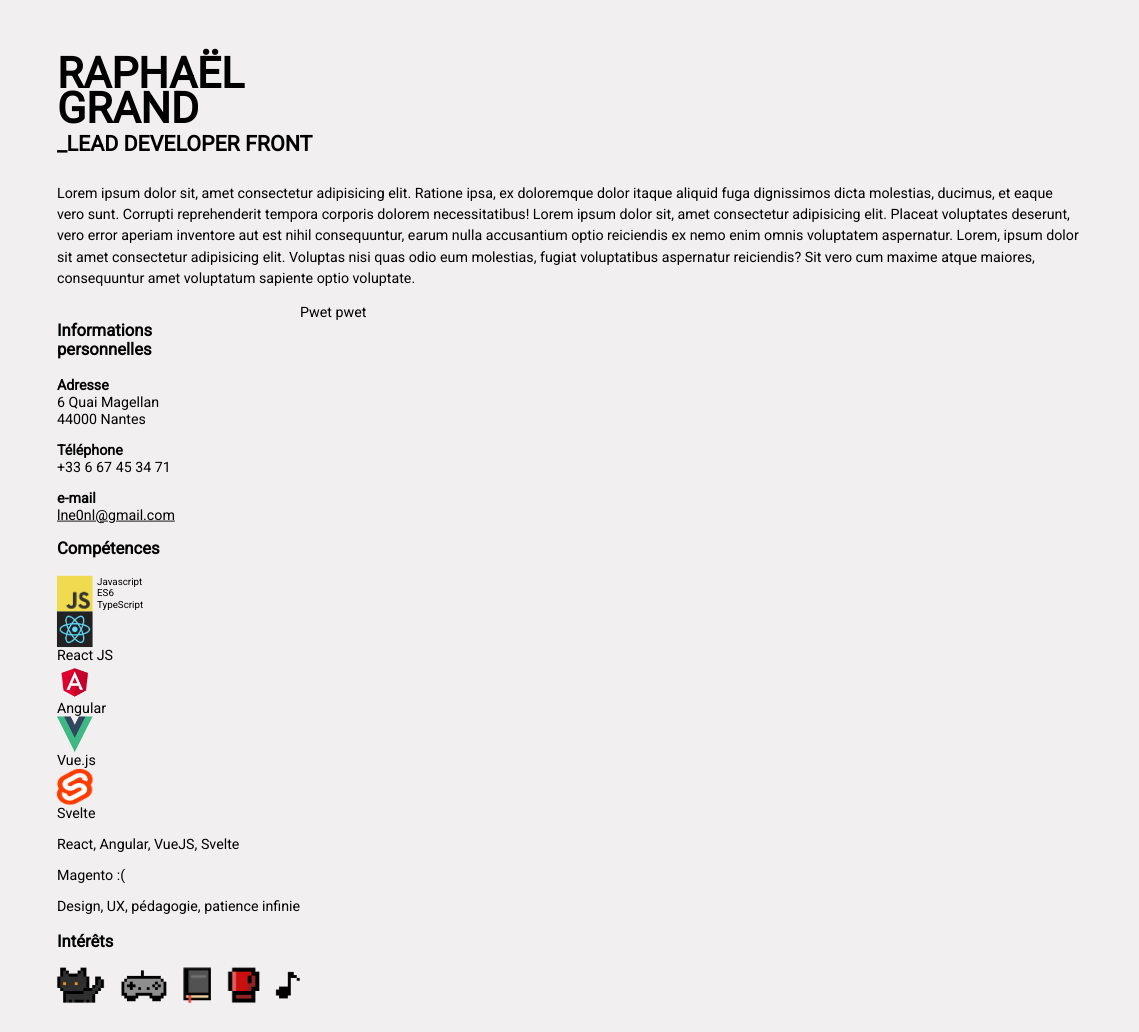
Repository: lne0nl/resume
Page: index.html
The author's editor kept a copy of each file at every save. The page is drawn from the files as they stood at one save, then again after the next save.
The browser window is 1280 px wide. The pictures show the whole page, at 89% of full size.

Above is the page before, as saved 2021-12-10 11:28:54.

### index.html
<!DOCTYPE html>
<html lang="fr">
  <head>
    <meta charset="UTF-8" />
    <meta http-equiv="X-UA-Compatible" content="IE=edge" />
    <meta name="viewport" content="width=device-width, initial-scale=1.0" />
    <link rel="preconnect" href="https://fonts.googleapis.com" />
    <link rel="preconnect" href="https://fonts.gstatic.com" crossorigin />
    <link
      href="https://fonts.googleapis.com/css2?family=Roboto&display=swap"
      rel="stylesheet"
    />
    <link rel="stylesheet" type="text/css" href="style.css" />
    <title>CV Raphaël GRAND</title>
  </head>
  <body>
    <header>
      <h1>Raphaël<br />GRAND</h1>
      <h2>_Lead developer front</h2>
      <p class="bio">
        Lorem ipsum dolor sit, amet consectetur adipisicing elit. Ratione ipsa,
        ex doloremque dolor itaque aliquid fuga dignissimos dicta molestias,
        ducimus, et eaque vero sunt. Corrupti reprehenderit tempora corporis
        dolorem necessitatibus! Lorem ipsum dolor sit, amet consectetur
        adipisicing elit. Placeat voluptates deserunt, vero error aperiam
        inventore aut est nihil consequuntur, earum nulla accusantium optio
        reiciendis ex nemo enim omnis voluptatem aspernatur. Lorem, ipsum dolor
        sit amet consectetur adipisicing elit. Voluptas nisi quas odio eum
        molestias, fugiat voluptatibus aspernatur reiciendis? Sit vero cum
        maxime atque maiores, consequuntur amet voluptatum sapiente optio
        voluptate.
      </p>
    </header>
    <div class="core">
      <section class="infos">
        <article>
          <h3>Informations<br />personnelles</h3>
          <ul>
            <li title="address">
              <b>Adresse</b><br />
              6 Quai Magellan<br />44000 Nantes
            </li>
            <li title="phone">
              <b>Téléphone</b><br />
              +33 6 67 45 34 71
            </li>
            <li title="mail">
              <b>e-mail</b><br />
              <a href="mailto:lne0nl@gmail.com">lne0nl@gmail.com</a>
            </li>
          </ul>
        </article>
        <article>
          <h3>Compétences</h3>
          <div class="skills">
            <img class="logo" src="images/js.png" alt="Javascript" title="Javascript">
            Javascript<br>ES6<br>TypeScript<br>
          </div>
          <div class="frameworks">
            <img class="logo" src="images/react.png" alt="React Js" title="React Js">
            React JS
            <img class="logo" src="images/angular.png" alt="Angular" title="Angular">
            Angular
            <img class="logo" src="images/vue.png" alt="Vue.hs" title="Vue.js">
            Vue.js
            <img class="logo" src="images/svelte.png" alt="Svelte" title="Svelte">
            Svelte
          </div>
          <ul>
            <li>
            </li>
            <li>React, Angular, VueJS, Svelte</li>
            <li>Magento :(</li>
            <li>Design, UX, pédagogie, patience infinie</li>
          </ul>
        </article>
        <article>
          <h3>Intérêts</h3>
          <div class="interests">
            <img class="cat" src="images/cat.png" alt="animals" title="Animaux">
            <img class="pad" src="images/pad.png" alt="video games" title="Jeux Vidéo">
            <img class="book" src="images/book.png" alt="book" title="Littérature">
            <img class="glove" src="images/gloves.png" alt="boxing gloves" title="Boxe Française">
            <img class="note" src="images/music.png" alt="music" title="Musique">
          </div>
          <!-- <ul class="interests">
            <li title="Animaux"><img src="images/cat.png" alt="animals"></li>
            <li title="Jeux vidéo"><img src="images/pad.png" alt="video games"></li>
            <li title="Littérature">Littérature</li>
            <li title="Musique">Musique</li>
            <li title="Boxe Française">Boxe Française</li>
          </ul> -->
        </article>
      </section>
      <section class="resume">Pwet pwet</section>
    </div>
  </body>
</html>

### style.css
html {
  background-color: grey;
}

body {
  margin: 0 auto;
  padding: 2rem 4rem;
  max-width: 1280px;
  background-color: #f1efef;
  font-family: 'Roboto', sans-serif;
}

header {
  position: relative;
}

h1 {
  font-size: 3rem;
  line-height: 0.8;
  text-transform: uppercase;
}

h2 {
  text-align: right;
  position: absolute;
  top: 4rem;
  text-transform: uppercase;
}

a {
  text-decoration: underline;
  color: inherit;
}

a:visited {
  color: inherit;
}

.bio {
  padding-top: 2rem;
  line-height: 1.5;
}

ul {
  list-style: none;
  margin: 0;
  padding: 0;
}

li {
  margin-bottom: 1rem;
}

.core {
  display: flex;
}

.resume {
  flex: 1;
  /* background-color: yellow; */
}

.interests {
  display: flex;
  justify-content: space-between;
  align-items: center;
}

.interests img {
  margin-bottom: 0;
}

.cat {
  height: 40px;
}

.pad {
  height: 35px;
}

.book {
  height: 40px;
}

.glove {
  height: 40px;
}

.note {
  height: 30px;
}

.skills {
  font-size: 11px;
  display: flex;
}

.logo {
  display: block;
  margin-right: 5px;
  width: 40px;
  height: 40px;
}

After the next save:
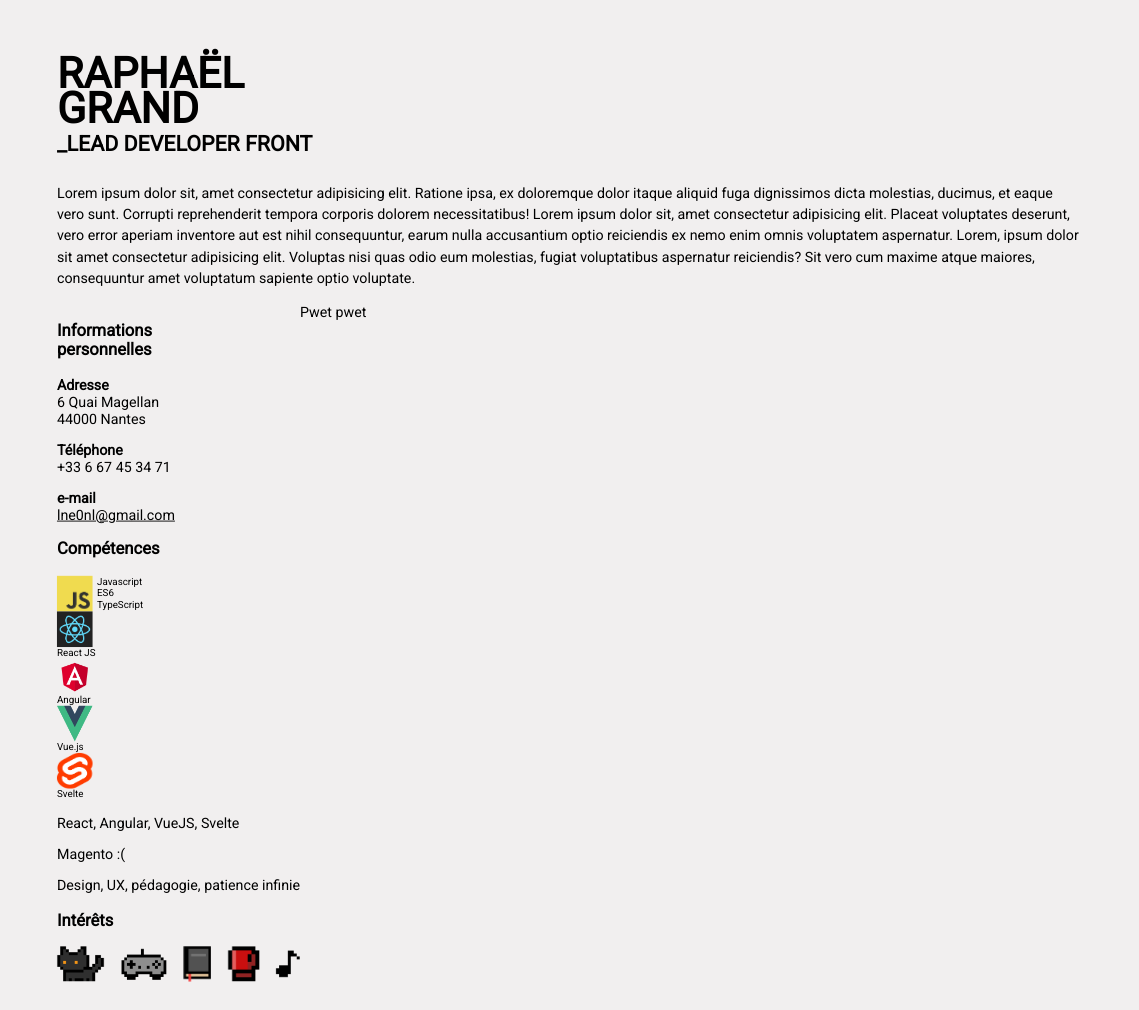
Saved 18 s later.
--- a/style.css
+++ b/style.css
@@ -101,3 +101,7 @@ li {
   width: 40px;
   height: 40px;
 }
+
+.frameworks {
+  font-size: 11px;
+}
